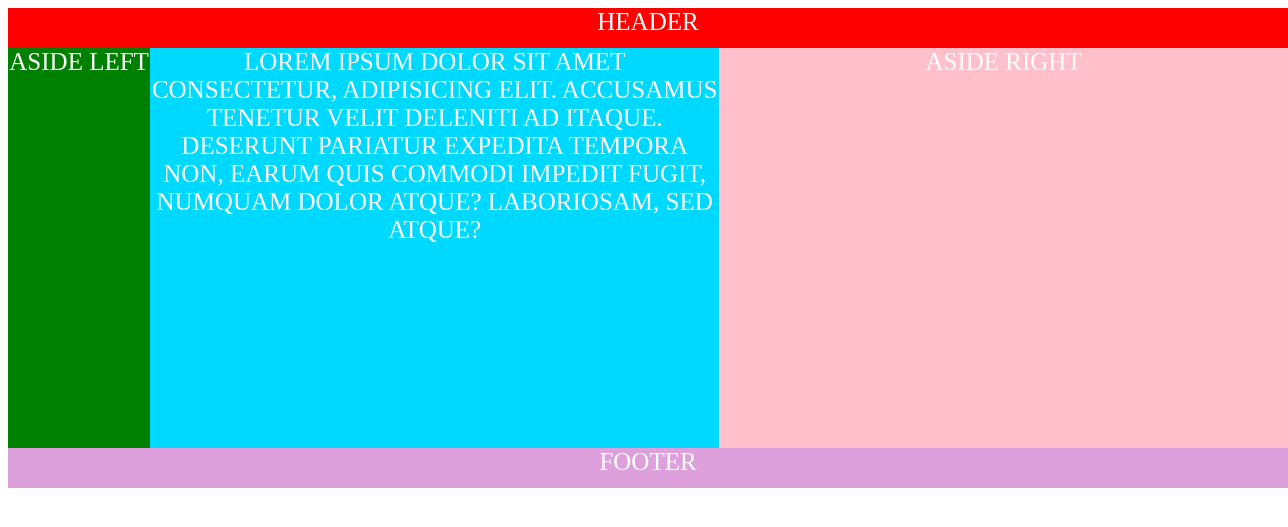
Repository: magdaf41/CSS
Page: zadanie_7/index.html
An editor plug-in stored every save of this project. The page is shown before and after the next save, followed by the edit.
The browser window is 1280 px wide. The page is 1288 px wide, so the pictures cover 1288 px, including what lies to the right of the window. The pictures show the whole page.

Above is the page before, as saved 2020-08-24 19:42:25.

### zadanie_7/index.html
<!DOCTYPE html>
<html lang="en">

<head>
    <meta charset="UTF-8">
    <meta name="viewport" content="width=device-width, initial-scale=1.0">
    <title>Document</title>
    <link rel="stylesheet" href="css/style.css">
</head>

<body>
    <h1>Header</h1>
    <main id="container">
        <aside id="left">Aside left</aside>
        <p>Lorem ipsum dolor sit amet consectetur, adipisicing elit. Accusamus tenetur velit deleniti ad itaque. Deserunt
            pariatur expedita tempora non, earum quis commodi impedit fugit, numquam dolor atque? Laboriosam, sed atque?</p>
        <aside id="right">Aside right</aside>
    </main>

    <footer>Footer</footer>
</body>

</html>

### zadanie_7/css/style.css
*{
    box-sizing: border-box;
    text-transform: uppercase;
    color: white;
    width: 100%;
    height: 400px;
    font-size: 25px;
    text-align: center;

}
#container {
    display: flex;

}

h1{
    background-color: red;
    height: 10%;
    margin: auto;
    font-weight: normal;
}
p{
    background-color: rgb(0, 217, 255);
    margin: auto;
}

#left{
    background-color: green;
    float: left;
    flex-basis: 25%;;
}
#right{
    background-color: pink;
    float: right;
}
footer{
    background-color: plum;
    height: 10%;
}

After the next save:
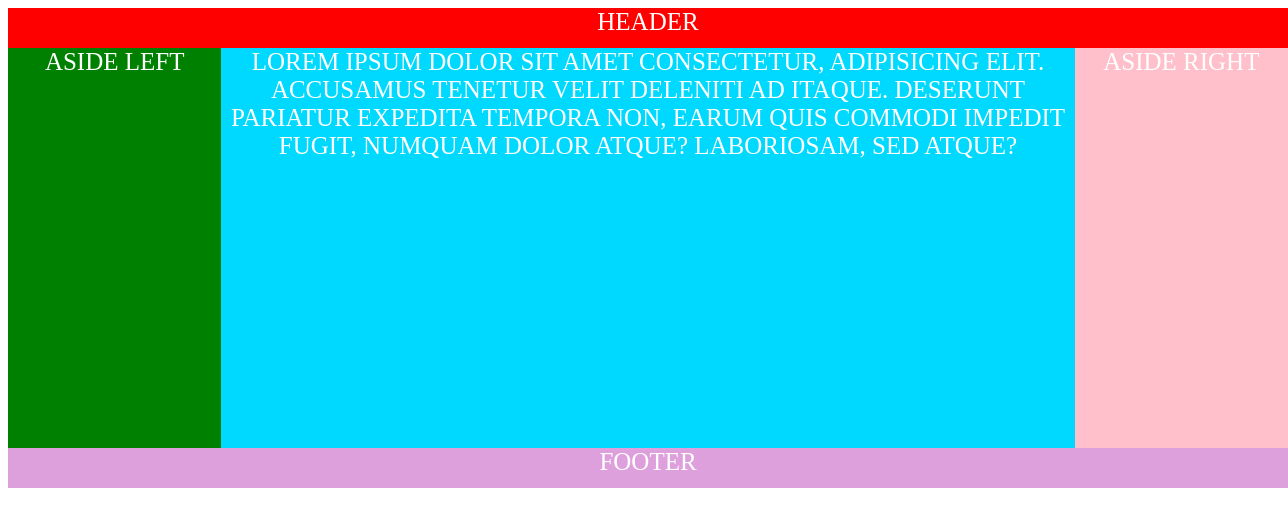
Saved 23 s later.
--- a/zadanie_7/css/style.css
+++ b/zadanie_7/css/style.css
@@ -23,11 +23,14 @@ p{
     background-color: rgb(0, 217, 255);
     margin: auto;
 }
+aside{
+    flex-basis: 25%;
+}
 
 #left{
     background-color: green;
     float: left;
-    flex-basis: 25%;;
+    flex-basis: 25%;
 }
 #right{
     background-color: pink;
